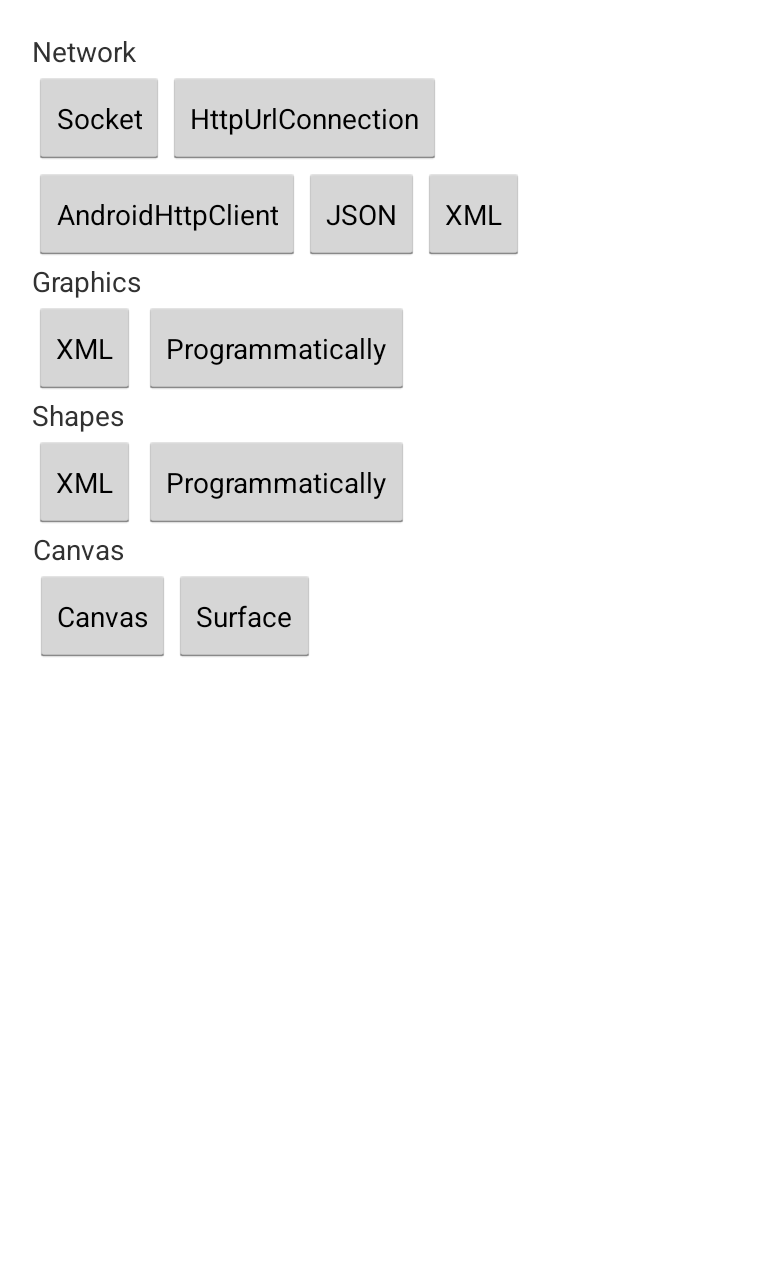
Repository: Amir13/Android_Basic_Steps
Layout: ViewElements4/res/layout/activity_main.xml
An editor plug-in stored every save of this project. The layout is shown before and after the next save, followed by the edit.
It is drawn on a 768 x 1280 px phone screen (xhdpi) without system bars, with theme AppTheme; the app's code is not run.

Above is the layout before, as saved 2014-06-08 22:55:29.

### ViewElements4/res/layout/activity_main.xml
<RelativeLayout xmlns:android="http://schemas.android.com/apk/res/android"
    xmlns:tools="http://schemas.android.com/tools"
    android:layout_width="match_parent"
    android:layout_height="match_parent"
    android:paddingBottom="@dimen/activity_vertical_margin"
    android:paddingLeft="@dimen/activity_horizontal_margin"
    android:paddingRight="@dimen/activity_horizontal_margin"
    android:paddingTop="@dimen/activity_vertical_margin"
    tools:context=".MainActivity" >

    <TextView
        android:id="@+id/textView1"
        android:layout_width="wrap_content"
        android:layout_height="wrap_content"
        android:text="@string/network" />

    <Button
        android:id="@+id/btnSocket"
        style="?android:attr/buttonStyleSmall"
        android:layout_width="wrap_content"
        android:layout_height="wrap_content"
        android:layout_alignParentLeft="true"
        android:layout_below="@+id/textView1"
        android:text="Socket" />

    <Button
        android:id="@+id/btnHttp"
        style="?android:attr/buttonStyleSmall"
        android:layout_width="wrap_content"
        android:layout_height="wrap_content"
        android:layout_alignBaseline="@+id/btnSocket"
        android:layout_alignBottom="@+id/btnSocket"
        android:layout_toRightOf="@+id/btnSocket"
        android:text="HttpUrlConnection" />

    <Button
        android:id="@+id/btnAndroid"
        style="?android:attr/buttonStyleSmall"
        android:layout_width="wrap_content"
        android:layout_height="wrap_content"
        android:layout_alignLeft="@+id/btnSocket"
        android:layout_below="@+id/btnSocket"
        android:text="AndroidHttpClient" />

    <Button
        android:id="@+id/btnJson"
        style="?android:attr/buttonStyleSmall"
        android:layout_width="wrap_content"
        android:layout_height="wrap_content"
        android:layout_alignTop="@+id/btnAndroid"
        android:layout_toRightOf="@+id/btnAndroid"
        android:text="JSON" />

    <Button
        android:id="@+id/btnXml"
        style="?android:attr/buttonStyleSmall"
        android:layout_width="wrap_content"
        android:layout_height="wrap_content"
        android:layout_alignBaseline="@+id/btnJson"
        android:layout_alignBottom="@+id/btnJson"
        android:layout_toRightOf="@+id/btnJson"
        android:text="@string/xml" />

    <Button
        android:id="@+id/btnGraphXml"
        style="?android:attr/buttonStyleSmall"
        android:layout_width="wrap_content"
        android:layout_height="wrap_content"
        android:layout_alignLeft="@+id/textView2"
        android:layout_below="@+id/textView2"
        android:text="@string/xml" />

    <Button
        android:id="@+id/btnGraphProg"
        style="?android:attr/buttonStyleSmall"
        android:layout_width="wrap_content"
        android:layout_height="wrap_content"
        android:layout_alignBaseline="@+id/btnGraphXml"
        android:layout_alignBottom="@+id/btnGraphXml"
        android:layout_toRightOf="@+id/textView2"
        android:text="@string/programmatically" />

    <TextView
        android:id="@+id/textView2"
        android:layout_width="wrap_content"
        android:layout_height="wrap_content"
        android:layout_alignLeft="@+id/btnAndroid"
        android:layout_below="@+id/btnAndroid"
        android:text="@string/title_activity_android_graphics" />

    <TextView
        android:id="@+id/textView3"
        android:layout_width="wrap_content"
        android:layout_height="wrap_content"
        android:layout_alignLeft="@+id/btnGraphXml"
        android:layout_below="@+id/btnGraphXml"
        android:text="@string/title_activity_android_shapes" />

    <Button
        android:id="@+id/btnShapeXml"
        style="?android:attr/buttonStyleSmall"
        android:layout_width="wrap_content"
        android:layout_height="wrap_content"
        android:layout_alignLeft="@+id/textView3"
        android:layout_below="@+id/textView3"
        android:text="@string/xml" />

    <Button
        android:id="@+id/btnShapeProgra"
        style="?android:attr/buttonStyleSmall"
        android:layout_width="wrap_content"
        android:layout_height="wrap_content"
        android:layout_alignBaseline="@+id/btnShapeXml"
        android:layout_alignBottom="@+id/btnShapeXml"
        android:layout_alignLeft="@+id/btnGraphProg"
        android:text="@string/programmatically" />

    <TextView
        android:id="@+id/textView4"
        android:layout_width="wrap_content"
        android:layout_height="wrap_content"
        android:layout_alignRight="@+id/textView3"
        android:layout_below="@+id/btnShapeXml"
        android:text="@string/title_activity_android_canvas" />

    <Button
        android:id="@+id/btnCanvas"
        style="?android:attr/buttonStyleSmall"
        android:layout_width="wrap_content"
        android:layout_height="wrap_content"
        android:layout_alignLeft="@+id/textView4"
        android:layout_below="@+id/textView4"
        android:text="@string/title_activity_android_canvas" />

    <Button
        android:id="@+id/btnSurface"
        style="?android:attr/buttonStyleSmall"
        android:layout_width="wrap_content"
        android:layout_height="wrap_content"
        android:layout_alignTop="@+id/btnCanvas"
        android:layout_toRightOf="@+id/btnCanvas"
        android:text="@string/title_activity_android_surface" />

</RelativeLayout>

### ViewElements4/res/values/strings.xml
<?xml version="1.0" encoding="utf-8"?>
<resources>

    <string name="app_name">ViewElements4</string>
    <string name="action_settings">Settings</string>
    <string name="network">Network</string>
    <string name="title_activity_http_result">HttpResult</string>
    <string name="title_activity_http_url_connection">NetworkHttpUrlConnection</string>
    <string name="title_activity_android_http">NetworkAndroidHttpClient</string>
    <string name="title_activity_android_json">NetworkAndroidJson</string>
    <string name="title_activity_android_xml">NetworkAndroidXml</string>
    <string name="title_activity_android_graphics">Graphics</string>
    <string name="title_activity_android_shapes">Shapes</string>
    <string name="title_activity_android_shapesXml">Shapes</string>
    <string name="title_activity_android_canvas">Canvas</string>
    <string name="title_activity_android_surface">Surface</string>
    <string name="http_result">This is the result from http request.</string>
    <string name="textViewRequest">Doing the request.....</string>
    <string name="programmatically">Programmatically</string>
    <string name="xml">XML</string>
    <string name="surface">surface</string>

</resources>

Loaded but not shown: ViewElements4/res/values/styles.xml (common file); ViewElements4/res/values-v11/styles.xml (common file); ViewElements4/res/values-v14/styles.xml (common file); ViewElements4/res/values/dimens.xml (common file)

After the next save:
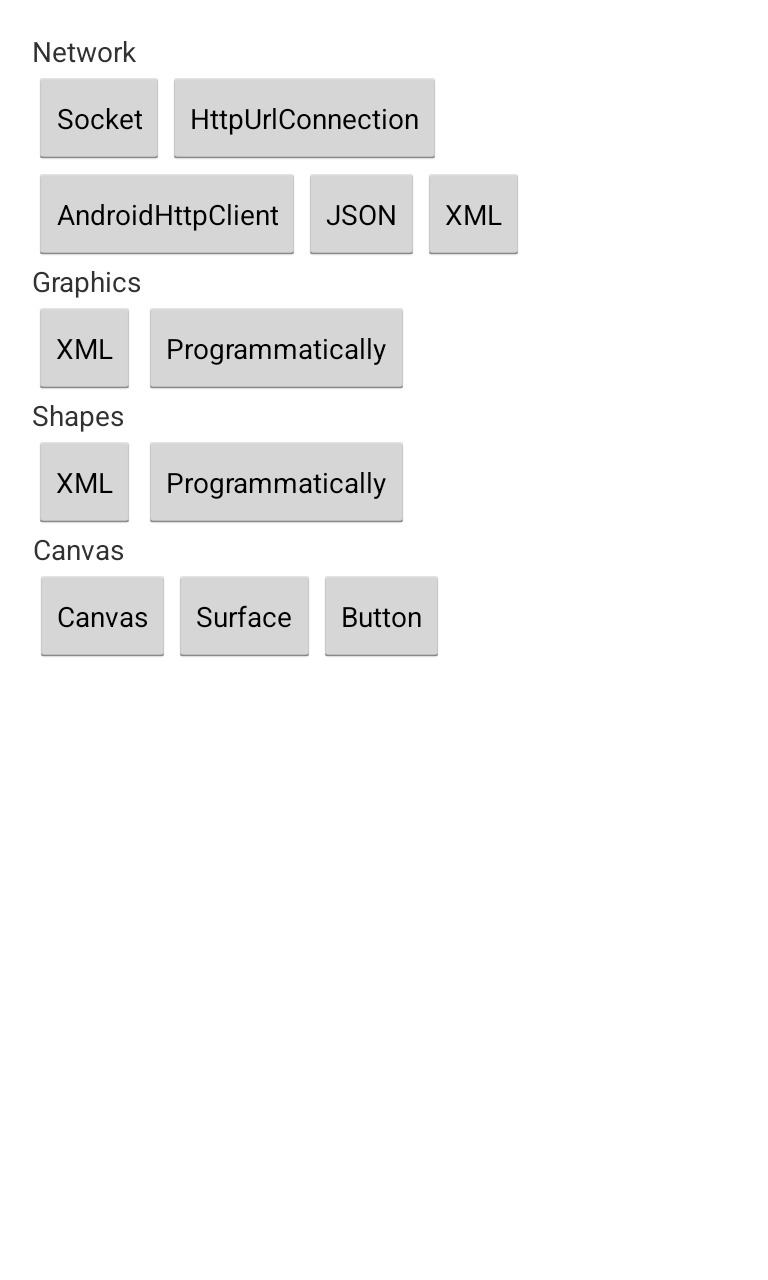
Saved 54 min 28 s later.
--- a/ViewElements4/res/layout/activity_main.xml
+++ b/ViewElements4/res/layout/activity_main.xml
@@ -141,4 +141,13 @@
         android:layout_toRightOf="@+id/btnCanvas"
         android:text="@string/title_activity_android_surface" />
 
+    <Button
+        android:id="@+id/btnTransition"
+        style="?android:attr/buttonStyleSmall"
+        android:layout_width="wrap_content"
+        android:layout_height="wrap_content"
+        android:layout_alignBottom="@+id/btnSurface"
+        android:layout_toRightOf="@+id/btnSurface"
+        android:text="Button" />
+
 </RelativeLayout>
